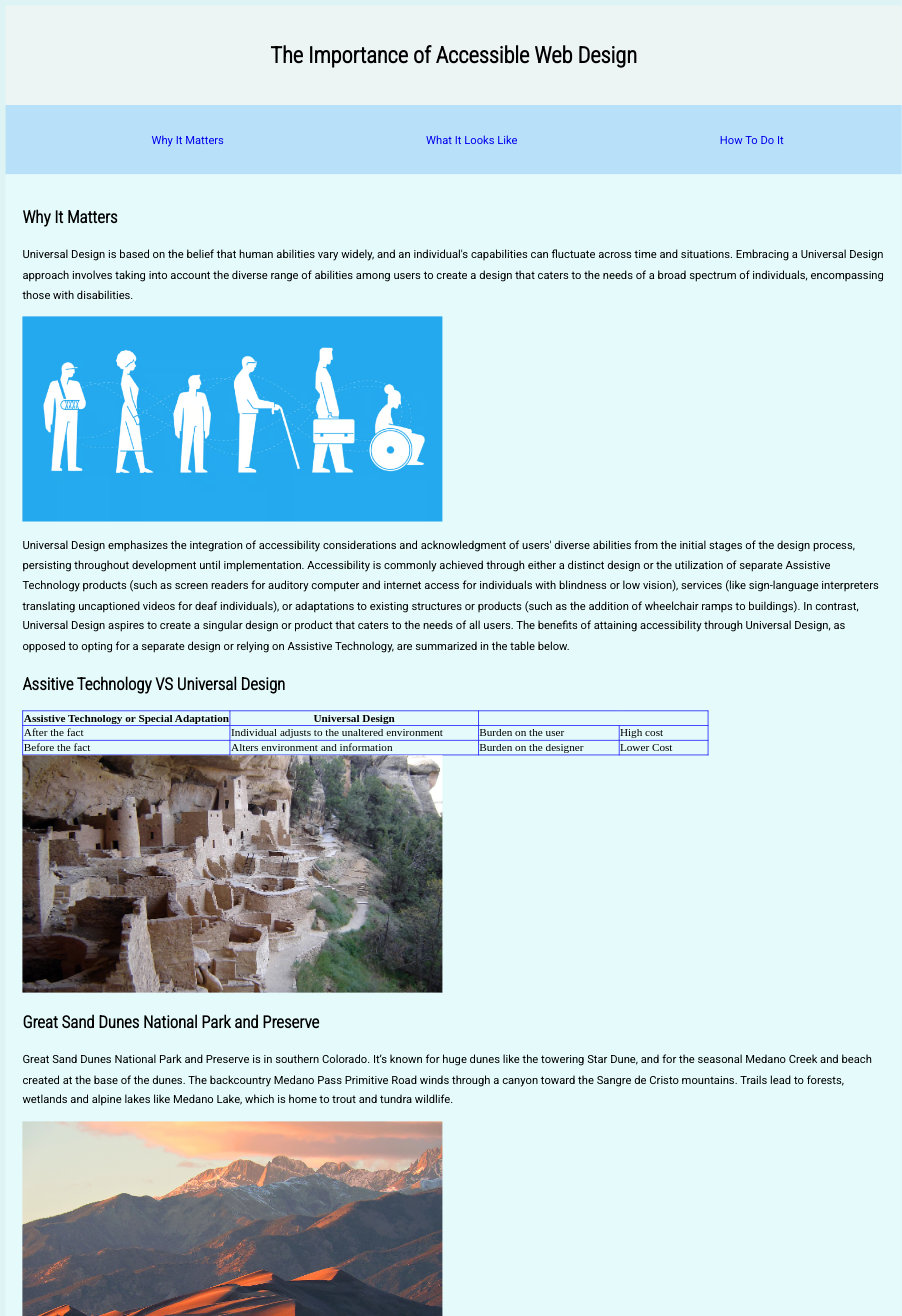
Repository: ethan-schrauf/UniversalDesignWebsite
Page: Final-Project/why.html
An editor plug-in stored every save of this project. The page is shown before and after the next save, followed by the edit.
The browser window is 1280 px wide. The page is 1288 px wide, so the pictures cover 1288 px, including what lies to the right of the window. The pictures show the part of the page from y = 0 to 1880 px (the page is 4068 px tall), at 70% of full size.

Above is the page before, as saved 2023-11-24 17:39:23.

After the next save:
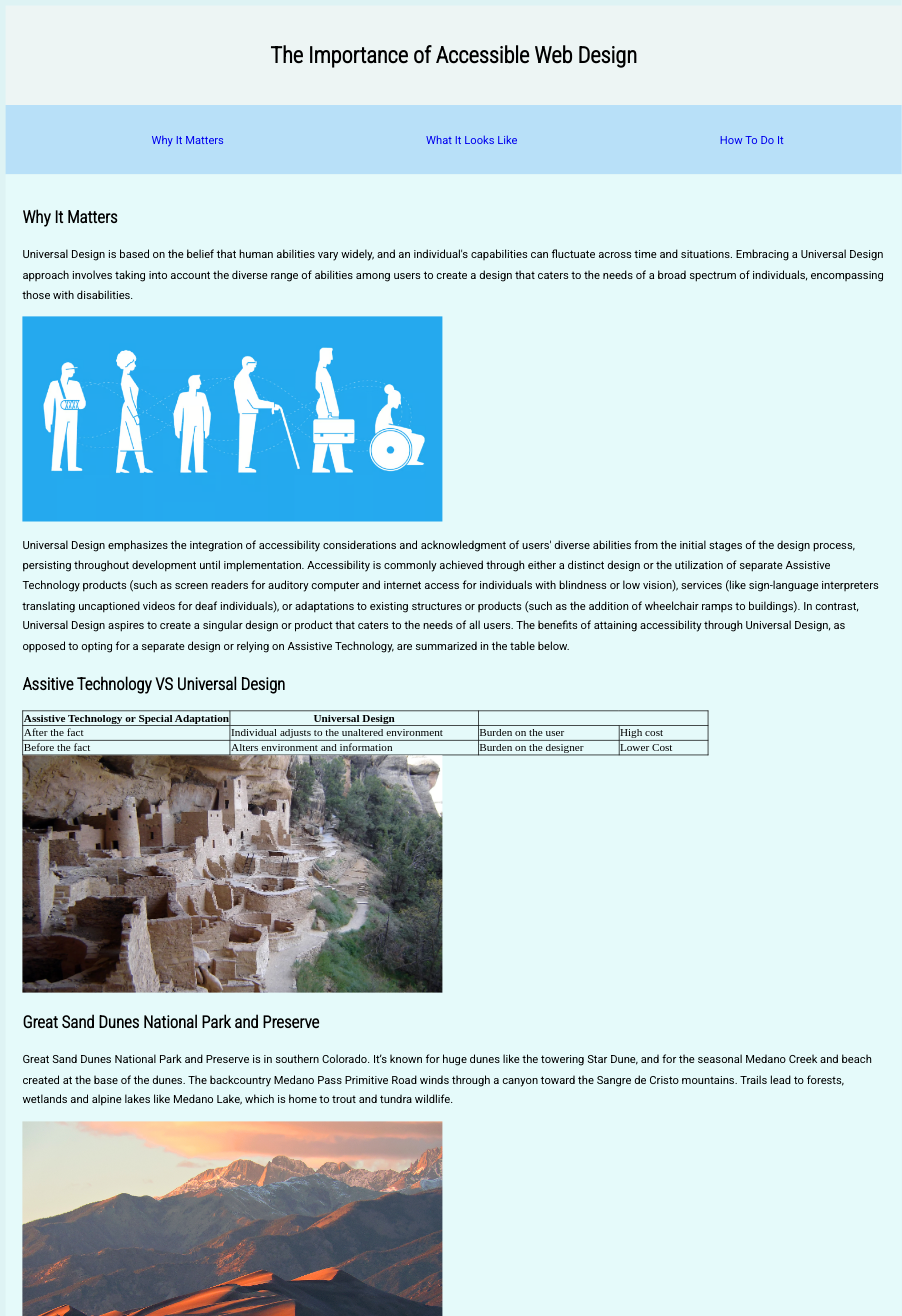
Saved 14 s later.
--- a/Final-Project/why.css
+++ b/Final-Project/why.css
@@ -149,12 +149,12 @@ nav ul {
   }
 
   table {
-    border: 2px solid blue;
+    border: 2px solid rgb(0, 0, 0);
   }
 
   table, th, td {
     border-collapse: collapse;
-    border: 1px solid blue;
+    border: 1px solid rgb(0, 0, 0);
   }
   td {
     border-collapse: collapse;
